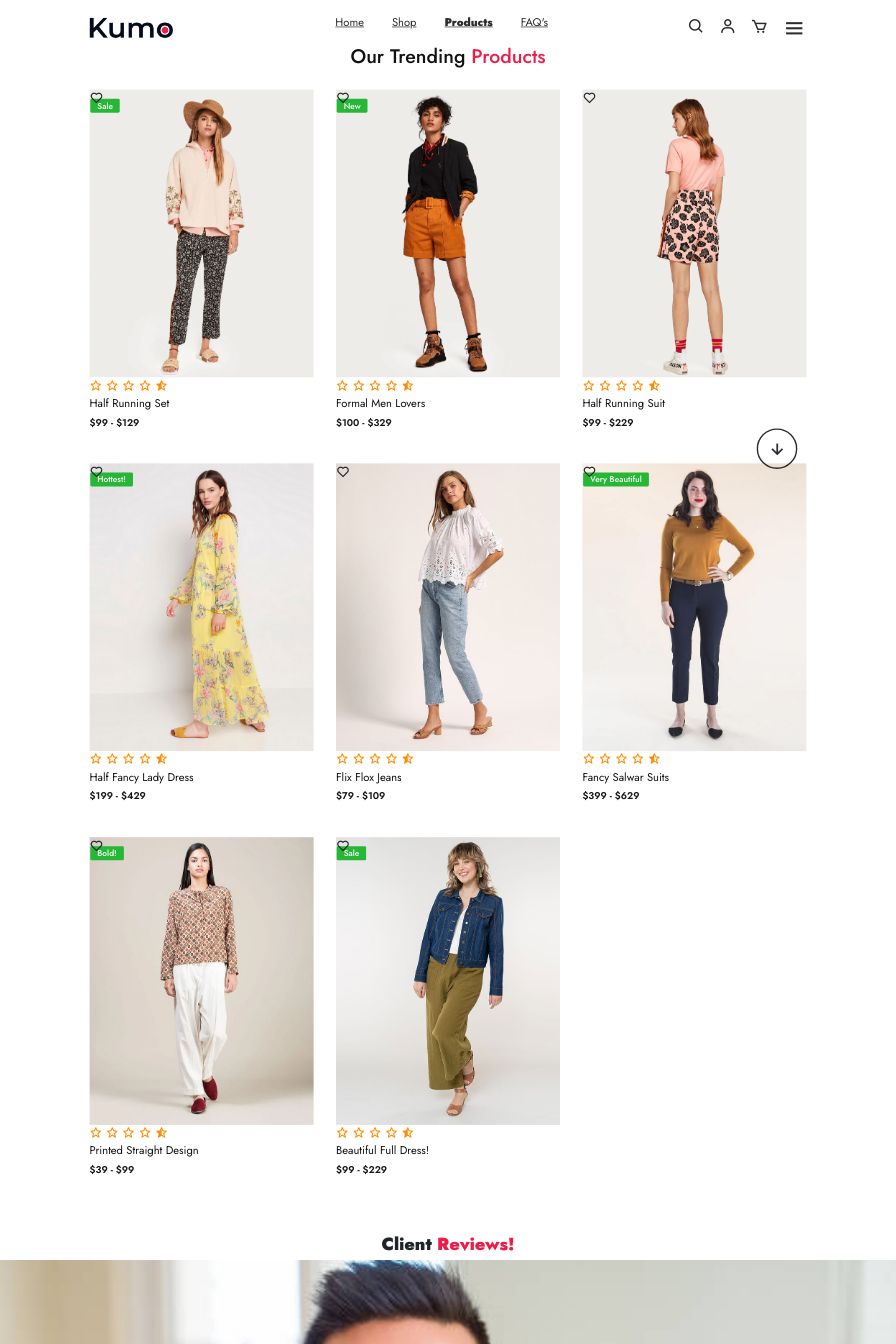
Repository: isaacCodes1/Kumo-Website.
Page: products.html
An editor plug-in stored every save of this project. The page is shown before and after the next save, followed by the edit.
The browser window is 1280 px wide. The pictures show the part of the page from y = 0 to 1920 px (the page is 4021 px tall), at 70% of full size.

Above is the page before, as saved 2024-03-26 11:10:09.

### products.html
<!DOCTYPE html>
<html lang="en">
  <head>
    <meta charset="UTF-8" />
    <meta name="viewport" content="width=device-width, initial-scale=1.0" />
    <link rel="stylesheet" href="style.css" />
    <link rel="preconnect" href="https://fonts.googleapis.com" />
    <link rel="preconnect" href="https://fonts.gstatic.com" crossorigin />
    <link
      href="https://fonts.googleapis.com/css2?family=Bricolage+Grotesque:opsz,wght@12..96,200..800&family=Jost:ital,wght@0,100..900;1,100..900&family=Montserrat:ital,wght@0,100..900;1,100..900&family=Poppins:ital,wght@0,100;0,200;0,300;0,400;0,500;0,600;0,700;0,800;0,900;1,100;1,200;1,300;1,400;1,500;1,600;1,700;1,800;1,900&display=swap"
      rel="stylesheet"
    />
    <link
      rel="stylesheet"
      href="https://cdnjs.cloudflare.com/ajax/libs/font-awesome/6.5.1/css/all.min.css"
      integrity="sha512-DTOQO9RWCH3ppGqcWaEA1BIZOC6xxalwEsw9c2QQeAIftl+Vegovlnee1c9QX4TctnWMn13TZye+giMm8e2LwA=="
      crossorigin="anonymous"
      referrerpolicy="no-referrer"
    />
    <link
      rel="stylesheet"
      href="https://unpkg.com/boxicons@latest/css/boxicons.min.css"
    />
    <link rel="stylesheet" href="Mediaquery.css" />
    <link
      href="https://cdn.jsdelivr.net/npm/bootstrap@5.2.3/dist/css/bootstrap.min.css"
      rel="stylesheet"
      integrity="sha384-rbsA2VBKQhggwzxH7pPCaAqO46MgnOM80zW1RWuH61DGLwZJEdK2Kadq2F9CUG65"
      crossorigin="anonymous"
    />
    <script
      src="https://cdn.jsdelivr.net/npm/bootstrap@5.2.3/dist/js/bootstrap.bundle.min.js"
      integrity="sha384-kenU1KFdBIe4zVF0s0G1M5b4hcpxyD9F7jL+jjXkk+Q2h455rYXK/7HAuoJl+0I4"
      crossorigin="anonymous"
    ></script>
    <title>Products Page</title>
  </head>
  <body>
    <header>
      <a href="index.html" class="logo"><img src="Assets/logo.png" alt="" /></a>
      <ul class="navmenu">
        <li><a href="index.html">Home</a></li>
        <li><a href="shop.html">Shop</a></li>
        <li><a style="font-weight: 900" href="products.html">Products</a></li>
        <li><a href="Questions.html">FAQ's</a></li>
      </ul>
      <div class="nav-icon">
        <a href="#"><i class="bx bx-search"></i></a>
        <a href="form.html"><i class="bx bx-user"></i></a>
        <a href="shop.html"><i class="bx bx-cart"></i></a>
        <div class="bx bx-menu" id="menu-icon"></div>
      </div>
    </header>

    <!-- <trending-products-section-->
    <section class="trending-product" id="trending">
      <div class="center-text">
        <h2>Our Trending <span>Products</span></h2>
      </div>
      <div class="products">
        <div class="row">
          <img src="/Assets/1.jpg" alt="" />
          <div class="product-text">
            <h5>Sale</h5>
          </div>
          <div class="heart-icon">
            <i class="bx bx-heart"></i>
          </div>
          <div class="ratting">
            <i class="bx bx-star"></i>
            <i class="bx bx-star"></i>
            <i class="bx bx-star"></i>
            <i class="bx bx-star"></i>
            <i class="bx bxs-star-half"></i>
          </div>
          <div class="price">
            <h4>Half Running Set</h4>
            <p>$99 - $129</p>
          </div>
        </div>

        <div class="row">
          <img src="/Assets/2.jpg" alt="" />
          <div class="product-text">
            <h5>New</h5>
          </div>
          <div class="heart-icon">
            <i class="bx bx-heart"></i>
          </div>
          <div class="ratting">
            <i class="bx bx-star"></i>
            <i class="bx bx-star"></i>
            <i class="bx bx-star"></i>
            <i class="bx bx-star"></i>
            <i class="bx bxs-star-half"></i>
          </div>
          <div class="price">
            <h4>Formal Men Lovers</h4>
            <p>$100 - $329</p>
          </div>
        </div>
        <div class="row">
          <img src="/Assets/3.jpg" alt="" />
          <div class="heart-icon">
            <i class="bx bx-heart"></i>
          </div>
          <div class="ratting">
            <i class="bx bx-star"></i>
            <i class="bx bx-star"></i>
            <i class="bx bx-star"></i>
            <i class="bx bx-star"></i>
            <i class="bx bxs-star-half"></i>
          </div>
          <div class="price">
            <h4>Half Running Suit</h4>
            <p>$99 - $229</p>
          </div>
        </div>
        <div class="row">
          <img src="/Assets/4.jpg" alt="" />
          <div class="product-text">
            <h5>Hottest!</h5>
          </div>
          <div class="heart-icon">
            <i class="bx bx-heart"></i>
          </div>
          <div class="ratting">
            <i class="bx bx-star"></i>
            <i class="bx bx-star"></i>
            <i class="bx bx-star"></i>
            <i class="bx bx-star"></i>
            <i class="bx bxs-star-half"></i>
          </div>
          <div class="price">
            <h4>Half Fancy Lady Dress</h4>
            <p>$199 - $429</p>
          </div>
        </div>
        <div class="row">
          <img src="/Assets/5.jpg" alt="" />
          <div class="heart-icon">
            <i class="bx bx-heart"></i>
          </div>
          <div class="ratting">
            <i class="bx bx-star"></i>
            <i class="bx bx-star"></i>
            <i class="bx bx-star"></i>
            <i class="bx bx-star"></i>
            <i class="bx bxs-star-half"></i>
          </div>
          <div class="price">
            <h4>Flix Flox Jeans</h4>
            <p>$79 - $109</p>
          </div>
        </div>
        <div class="row">
          <img src="/Assets/6.jpg" alt="" />
          <div class="product-text">
            <h5>Very Beautiful</h5>
          </div>
          <div class="heart-icon">
            <i class="bx bx-heart"></i>
          </div>
          <div class="ratting">
            <i class="bx bx-star"></i>
            <i class="bx bx-star"></i>
            <i class="bx bx-star"></i>
            <i class="bx bx-star"></i>
            <i class="bx bxs-star-half"></i>
          </div>
          <div class="price">
            <h4>Fancy Salwar Suits</h4>
            <p>$399 - $629</p>
          </div>
        </div>
        <div class="row">
          <img src="/Assets/7.jpg" alt="" />
          <div class="product-text">
            <h5>Bold!</h5>
          </div>
          <div class="heart-icon">
            <i class="bx bx-heart"></i>
          </div>
          <div class="ratting">
            <i class="bx bx-star"></i>
            <i class="bx bx-star"></i>
            <i class="bx bx-star"></i>
            <i class="bx bx-star"></i>
            <i class="bx bxs-star-half"></i>
          </div>
          <div class="price">
            <h4>Printed straight Design</h4>
            <p>$39 - $99</p>
          </div>
        </div>
        <div class="row">
          <img src="/Assets/8.jpg" alt="" />
          <div class="product-text">
            <h5>Sale</h5>
          </div>
          <div class="heart-icon">
            <i class="bx bx-heart"></i>
          </div>
          <div class="ratting">
            <i class="bx bx-star"></i>
            <i class="bx bx-star"></i>
            <i class="bx bx-star"></i>
            <i class="bx bx-star"></i>
            <i class="bx bxs-star-half"></i>
          </div>
          <div class="price">
            <h4>Beautiful Full Dress!</h4>
            <p>$99 - $229</p>
          </div>
        </div>
      </div>
    </section>
    <!-- <Client-Review-section-->
    <h3 class="reviews">Client <span>Reviews!</span></h3>
    <div
      id="carouselExampleCaptions"
      class="carousel slide"
      data-bs-ride="false"
    >
      <div class="carousel-indicators">
        <button
          type="button"
          data-bs-target="#carouselExampleCaptions"
          data-bs-slide-to="0"
          class="active"
          aria-current="true"
          aria-label="Slide 1"
        ></button>
        <button
          type="button"
          data-bs-target="#carouselExampleCaptions"
          data-bs-slide-to="1"
          aria-label="Slide 2"
        ></button>
        <button
          type="button"
          data-bs-target="#carouselExampleCaptions"
          data-bs-slide-to="2"
          aria-label="Slide 3"
        ></button>
      </div>
      <div class="carousel-inner" style="">
        <div class="carousel-item active">
          <img src="/Assets/Men.jpg" class="d-block w-100" alt="..." />
          <div class="carousel-caption d-none d-md-block">
            <h5>Mark Jevenue. CEO of Zamar Fashion World.</h5>
            <p>
              I absolutely adore the trendy styles this store offers. The
              clothes fit so well and they look amazing on a curvy figure. I
              really appreciate this option and the quality of the goods is so
              great that I will order product in the future. Thank you so much
              for making me feel beautiful!.
            </p>
          </div>
        </div>
        <div class="carousel-item">
          <img src="/Assets/glass.jpg" class="d-block w-100" alt="..." />
          <div class="carousel-caption d-none d-md-block">
            <h5>Henry Townsend. MD IamFashion</h5>
            <p>Wonderful Fashion Products, I'd always Recommend you.</p>
          </div>
        </div>
        <div class="carousel-item">
          <img src="/Assets/glass2.jpg" class="d-block w-100" alt="..." />
          <div class="carousel-caption d-none d-md-block">
            <h5>Drew Mc Donald. CEO Mc Donald Bakery, USA.</h5>
            <p>
              I am your No. 1 Customer, I love and Adore your Clothes, Kudos to
              the brains behind it.
            </p>
          </div>
        </div>
      </div>
      <button
        class="carousel-control-prev"
        type="button"
        data-bs-target="#carouselExampleCaptions"
        data-bs-slide="prev"
      >
        <span class="carousel-control-prev-icon" aria-hidden="true"></span>
        <span class="visually-hidden">Previous</span>
      </button>
      <button
        class="carousel-control-next"
        type="button"
        data-bs-target="#carouselExampleCaptions"
        data-bs-slide="next"
      >
        <span class="carousel-control-next-icon" aria-hidden="true"></span>
        <span class="visually-hidden">Next</span>
      </button>
    </div>

    <div class="down-arrow">
      <a href="#contact-info" class="down"
        ><i class="bx bx-down-arrow-alt"></i
      ></a>
    </div>
    <!-- update-news-section -->
    <section class="Updated-news">
      <div class="up-center-text">
        <h2>New <span> Updates!</span></h2>
      </div>

      <div class="update-cart">
        <div class="cart">
          <img src="/Assets/bl-1.png" alt="" />
          <h5>22 March, 2024.</h5>
          <h4>Let the bringing of Summer sales Begin!</h4>
          <p>
            Every business will have stock that doesn't sell. This is why
            summer.
          </p>
        </div>
        <div class="cart">
          <img src="/Assets/bl-2.png" alt="" />
          <h5>22 March, 2024.</h5>
          <h4>You can also Order At the Comfort of your Home.</h4>
          <p>
            You'll also spend less time wondering what to wear. Having a core.
          </p>
        </div>
        <div class="cart">
          <img src="/Assets/bl-3.png" alt="" />
          <h5>22 March, 2024.</h5>
          <h4>Summer Clothes Can be ordered</h4>
          <p>
            In the summer, there are days where it is particularly humid
            outside.
          </p>
        </div>
      </div>
    </section>
    <!-- contact-section -->

    <section class="contact">
      <div class="contact-info" id="contact-info">
        <div class="first-info">
          <img src="/Assets/logo.png" alt="" />
          <p>3349 Grant street Manchester, <br />TX United kingdom 765378</p>
          <p>+234 915 7833 410</p>
          <a href="https://mail.google.com/mail/u/0/#inbox"
            ><p>damizickola@gmail.com</p></a
          >

          <div class="social-icon">
            <a href="https://www.facebook.com/profile.php?id=61551880766580"
              ><i class="bx bxl-facebook"></i
            ></a>
            <a href="https://instagram.com"><i class="bx bxl-instagram"></i></a>
            <a href="https://www.youtube.com/watch?v=FaNTVjATYHQ"
              ><i class="bx bxl-youtube"></i
            ></a>
            <a href="#"><i class="bx bxl-twitter"></i></a>
            <a href="#"><i class="bx bxl-linkedin"></i></a>
          </div>
        </div>
        <div class="second-info">
          <h4>Support</h4>
          <p>Contact Us</p>
          <p>About Page</p>
          <p>Size</p>
          <p>Size Guide</p>
          <p>Shopping & Returns</p>
          <p>Privacy</p>
        </div>

        <div class="third-info">
          <h4>Shop</h4>
          <p>Men's Shopping</p>
          <p>Women's Shopping</p>
          <p>Kid's Shopping</p>
          <p>Furniture</p>
          <p>Discount</p>
        </div>
        <div class="fourth-info">
          <h4>Company</h4>
          <p>About</p>
          <p>Blog</p>
          <p>Affiliate</p>
          <p>Login</p>
        </div>

        <div class="five">
          <h4>Subscribe</h4>
          <p>
            Receive Updates, Hot Deals, Discounts Sent Straight In your Inbox
            Daily
          </p>
          <p>
            Lorem ipsum dolor sit amet consectetur adipisicing elit. Ullam,
            dolorum!
          </p>
          <p>Get The Best Deals Of Fashion ears Here At Kumo.</p>
        </div>
      </div>
      <div class="up-arrow">
        <a href="#trending" class="up"><i class="bx bx-up-arrow-alt"></i></a>
      </div>
    </section>
  </body>
  <script src="java.js"></script>
  <script
    src="https://cdn.jsdelivr.net/npm/@popperjs/core@2.11.6/dist/umd/popper.min.js"
    integrity="sha384-oBqDVmMz9ATKxIep9tiCxS/Z9fNfEXiDAYTujMAeBAsjFuCZSmKbSSUnQlmh/jp3"
    crossorigin="anonymous"
  ></script>
  <script
    src="https://cdn.jsdelivr.net/npm/bootstrap@5.2.3/dist/js/bootstrap.min.js"
    integrity="sha384-cuYeSxntonz0PPNlHhBs68uyIAVpIIOZZ5JqeqvYYIcEL727kskC66kF92t6Xl2V"
    crossorigin="anonymous"
  ></script>
</html>

### style.css
* {
  margin: 0;
  padding: 0;
  box-sizing: border-box;
  scroll-behavior: smooth;
  font-family: "Jost", sans-serif;
  list-style-type: none;
  text-decoration: none;
}
header {
  position: fixed;
  width: 100%;
  top: 0;
  right: 0;
  z-index: 1000;
  display: flex;
  align-items: center;
  justify-content: space-between;
  padding: 20px 10%;
}
.logo img {
  max-width: 120px;
  height: auto;
}
.navmenu {
  display: flex;
}
.navmenu li :hover {
  background: #000;
}
.navmenu a {
  color: #2c2c2c;
  font-size: 16px;
  text-transform: capitalize;
  padding: 10px 20px;
  font-weight: 400;
  transition: all 0.42s ease;
}
.navmenu a:hover {
  color: #ee1c47;
}
.nav-icon {
  display: flex;
  align-items: center;
}
.nav-icon i {
  margin-right: 20px;
  color: #2c2c2c;
  font-size: 25px;
  font-weight: 400;
  transition: all 0.42s ease;
}
.nav-icon i:hover {
  transform: scale(1.05);
  color: #ee1c47;
}
#menu-icon {
  font-size: 35px;
  color: #2c2c2c;
  z-index: 10001;
  cursor: pointer;
}
section {
  padding: 5% 10%;
}
.main-home {
  width: 100%;
  height: 100vh;
  background-image: url(Assets/banner-3.png);
  background-position: center;
  background-size: cover;
  display: grid;
  grid-template-columns: repeat(1, 1fr);
  align-items: center;
}
.main-text h5 {
  color: #ee1c47;
  font-size: 16px;

  text-transform: capitalize;
  font-weight: 500;
}
.main-text h1 {
  color: #000;
  font-size: 65px;
  text-transform: capitalize;
  line-height: 1.1;
  font-weight: 600;
  margin: 6px 0 10px;
}
.main-text p {
  color: #333c56;
  font-size: 20px;
  font-style: italic;
  margin-bottom: 20px;
}
.main-btn {
  display: inline-block;
  color: #111;
  font-size: 16px;
  font-weight: 500;
  text-transform: capitalize;
  border: 2px solid#111;
  padding: 12px 25px;
  transition: all 0.42s ease;
}
.main-btn:hover {
  background: #000;
  color: #fff;
}
.main-btn i {
  vertical-align: middle;
}
.down-arrow {
  position: absolute;
  top: 85%;
  right: 11%;
}
.down i {
  font-size: 30px;
  color: #2c2c2c;
  border: 2px solid #2c2c2c;
  border-radius: 50px;
  padding: 12px 12px;
}
.down i:hover {
  background: #2c2c2c;
  color: #fff;
  transition: all 0.42s ease;
}
header.sticky {
  background: #fff;
  padding: 20px 10%;
  box-shadow: 0px 0px 10px rgb(0 0 0 /10%);
}
/* trending-section-css */
.center-text h2 {
  color: #111;
  font-size: 28px;
  text-transform: capitalize;
  text-align: center;
  margin-bottom: 30px;
}
.center-text span {
  color: #ee1c47;
}
.products {
  display: grid;
  grid-template-columns: repeat(auto-fit, minmax(260px, auto));
  gap: 2rem;
}
.row {
  position: relative;
  transition: all 0.4s;
}
.row img {
  width: 100%;
  height: auto;
  transition: all 0.4s;
}
.row img:hover {
  transform: scale(0.9);
}
.product-text h5 {
  position: absolute;
  top: 13px;
  left: 13px;
  color: #fff;
  font-size: 12px;
  font-weight: 500;
  text-transform: capitalize;
  background: #27b737;
  padding: 3px 10px;
  border-radius: 2px;
}
.heart-icon {
  position: absolute;
  right: 0;
  font-size: 20px;
}
.heart-icon:hover {
  color: #ee1c47;
}
.ratting {
  color: #ff8c00;
  font-size: 18px;
}

.price h4 {
  color: #111;
  font-size: 16px;
  text-transform: capitalize;
  font-weight: 400;
}
.price p {
  color: #151515;
  font-size: 14px;
  font-weight: 600;
}
.client-reviews {
  background: #f3f4f6;
}
.reviews {
  text-align: center;
}
.reviews h3 {
  color: #111;
  font-size: 25px;
  text-transform: capitalize;
  text-align: center;
  font-weight: 700;
}
.reviews img {
  width: 100px;
  height: auto;
  border-radius: 80px;
  margin: 10px 0;
}
.reviews p {
  color: #707070;
  font-size: 16px;
  font-weight: 400;
  line-height: 25px;
  margin-bottom: 10px;
}
.reviews h2 {
  font-size: 22px;
  color: #000;
  font-weight: 400;
  text-transform: capitalize;
  margin-bottom: 2px;
}
/* update-section-css */
.up-center-text h2 {
  text-align: center;
  color: #111;
  font-size: 25px;
  text-transform: capitalize;
  font-weight: 700;
  margin-bottom: 30px;
}
.cart img {
  width: 350px;
  height: auto;
  border-radius: 5px;
}
.update-cart {
  display: grid;
  grid-template-columns: repeat(auto-fit, minmax(380px, auto));
  gap: 1px;
}
.cart h5 {
  color: #636872;
  font-size: 14px;
  text-transform: capitalize;
  font-weight: 500;
}
.cart h4 {
  color: #111;
  font-size: 18px;
  font-weight: 600;
}
.cart p {
  color: #707070;
  font-size: 15px;
  max-width: 380px;
  line-height: 25px;
  margin-bottom: 12px;
}
.cart h6 {
  color: #151515;
  font-size: 14px;
  font-weight: 500;
}
/* contact-section */
.contact {
  background: #dbdbdb;
}
.contact-info {
  display: grid;
  grid-template-columns: repeat(auto-fit, minmax(160px, auto));
  gap: 3rem;
}
.first-info img {
  width: 140px;
  height: auto;
}
.contact-info h4 {
  color: #212529;
  font-size: 14px;
  text-transform: uppercase;
  margin-bottom: 10px;
}
.contact-info p {
  color: #565656;
  font-size: 14px;
  font-weight: 400;
  text-transform: capitalize;
  line-height: 1.5;
  margin-bottom: 10px;
  cursor: pointer;
  transition: all 0.42s;
}
.contact-info p:hover {
  color: #ee1c47;
}
.social-icon i {
  color: #565656;
  margin-right: 10px;
  font-size: 20px;
  transition: all 0.42s;
}
.social-icon i:hover {
  transform: scale(1.3);
}
.end-text {
  text-align: center;
  background: #edfff1;
  padding: 20px;
}
.end-text p {
  color: #111;
  text-transform: capitalize;
}

.location {
  width: 80%;
  margin: auto;
  padding: 80px 0;
}
.location iframe {
  width: 100%;
}
.center-text1 h2 {
  font-size: 30px;
}
.center-text1 span {
  color: #ee1c47;
}
.button3 {
  padding: 9px;
  border: 1px solid blue;
  font-size: 18px;
  border-radius: 5px;
  text-decoration: none;
  background: blue;
  color: #fff;
  transition: all 0.42s ease;
}
.button3:hover {
  color: #000;
  background: #fff;
}
.final {
  margin-left: 67px;
  font-weight: 700;
}
.final span {
  color: #ee1c47;
}
.up-arrow {
  border: 2px solid#000;
  width: 60px;
  border-radius: 50px;
  text-align: center;
  font-size: 30px;
}
.up-arrow i {
  color: #000;
}
.up-arrow :hover {
  background: #000;
  color: #fff;
}

.alert {
  background: blue;
  color: #fff;
  margin-top: 200px;
  font-size: 20px;
  margin-bottom: 150px;
}
.first-info a {
  text-decoration: none;
}
.up-center-text span {
  color: #ee1c47;
}
html,
body {
  position: relative;
  height: 100%;
}
body {
  background: #eee;
  font-family: Helvetica Neue, Helvetica, Arial, sans-serif;
  font-size: 14px;
  color: #000;
  margin: 0;
  padding: 0;
}

swiper-container {
  width: 100%;
  height: 100%;
}

swiper-slide {
  text-align: center;
  font-size: 18px;
  background: #000;
  display: flex;
  justify-content: center;
  align-items: center;
}

swiper-slide img {
  display: block;
  width: 100%;
  height: 100%;
  object-fit: cover;
}
.reviews {
  font-size: 25px;
  font-weight: 900;
}
.reviews span {
  color: #ee1c47;
}
.accordion{
  margin-top: 40px;
  margin-bottom: 10px;
}
.male {
padding-top: 200px;
}
.male span{
  color: #ee1c47;
}

### Mediaquery.css
@media (890px) {
  header {
    padding: 20px 3%;
    transition: 0.4s;
  }
  .center-text h2 {
    font-size: 12px;
  }
}
@media (max-width: 630px) {
  .main-text h1 {
    font-size: 50px;
    transition: 0.4s;
  }
  .main-text p {
    font-size: 18px;
    transition: 0.4s;
  }
  .main-btn {
    padding: 10px 20px;
    transition: 0.4s;
  }
  .center-text h2 {
    font-size: 12px;
  }
}
@media (max-width: 750px) {
  .navmenu {
    position: absolute;
    top: 100%;
    right: -100%;
    width: 300px;
    height: 130vh;
    background: #edfff1;
    display: flex;
    flex-direction: column;
    align-items: center;
    padding: 120px 30px;
    transition: all 0.42s;
  }
  .navmenu a {
    display: block;
    margin: 18px 0;
  }
  .navmenu.open {
    right: 0;
  }
  .center-text h2 {
    font-size: 12px;
  }
}
@media (max-width: 700px) {
  .center-text h2 {
    font-size: 0;
  }
  .header {
    margin-bottom: 20px;
    color: #000;
  }
  .cart {
    align-items: center;
    display: flex;
    flex-direction: column;
  }
  .cart img {
    width: 270px;
    margin-right: 80px;
  }
  .cart p {
    font-size: 10px;
    margin-right: 80px;
  }
  .cart h4 {
    font-size: 12px;
    margin-right: 80px;
  }
  .cart h6 {
    font-size: 10px;
    margin-right: 80px;
  }
  .contact-info {
    display: flex;
    flex-direction: column;
    align-items: center;
  }
  .center-text1 h2 {
    font-size: 25px;
  }
  .navmenu {
    padding-bottom: 30px;
  }
}

### java.js
const header = document.querySelector("header");

window.addEventListener("scroll", function () {
  header.classList.toggle("sticky", window.scrollY > 0);
});

let menu = document.querySelector("#menu-icon");
let navmenu = document.querySelector(".navmenu");

menu.onclick = () => {
  menu.classList.toggle("bx-x");
  navmenu.classList.toggle("open");
};

After the next save:
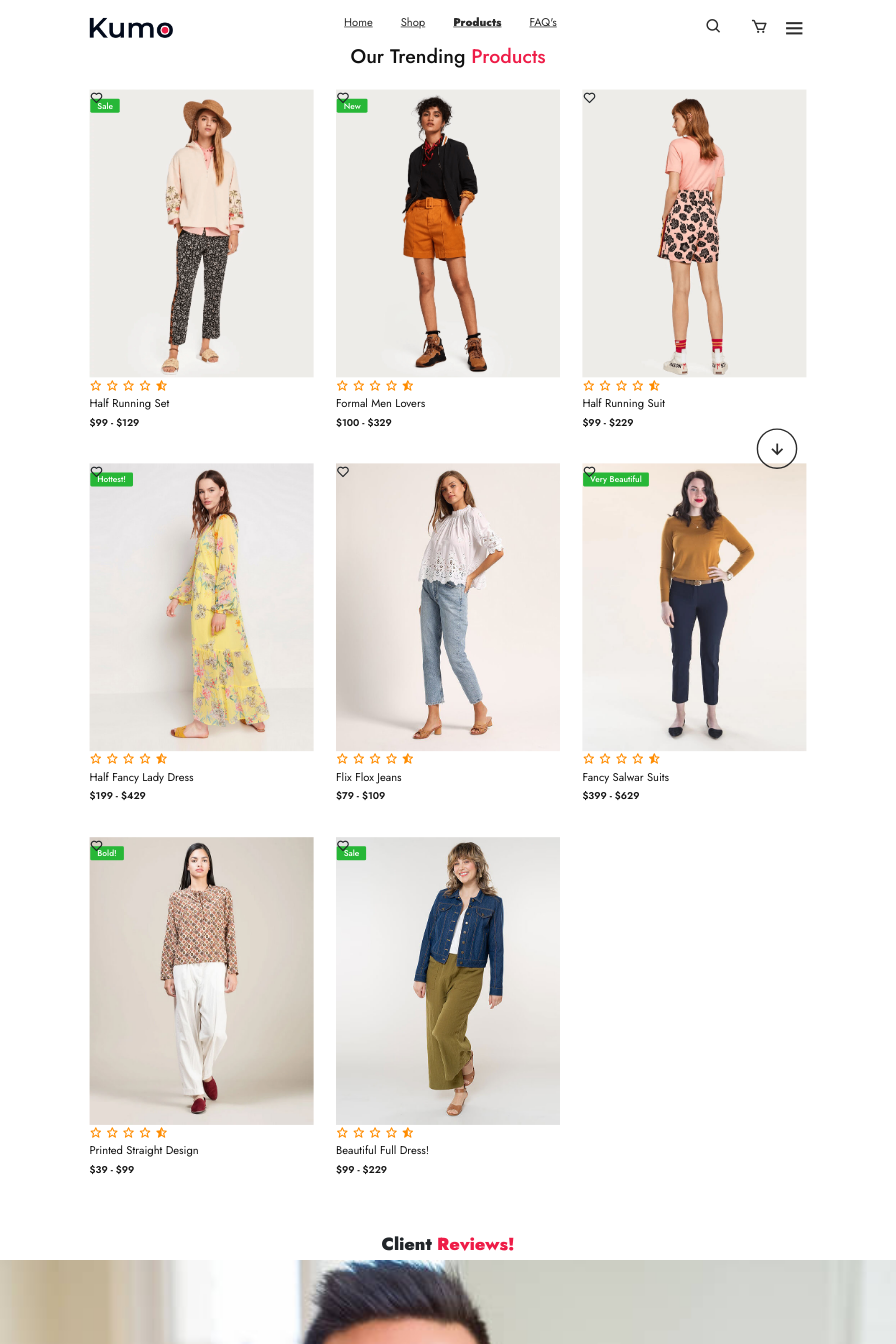
Saved 44 s later.
--- a/products.html
+++ b/products.html
@@ -46,7 +46,7 @@
       </ul>
       <div class="nav-icon">
         <a href="#"><i class="bx bx-search"></i></a>
-        <a href="form.html"><i class="bx bx-user"></i></a>
+        <a href="form.html"><i class="bx bx-button"></i></a>
         <a href="shop.html"><i class="bx bx-cart"></i></a>
         <div class="bx bx-menu" id="menu-icon"></div>
       </div>
